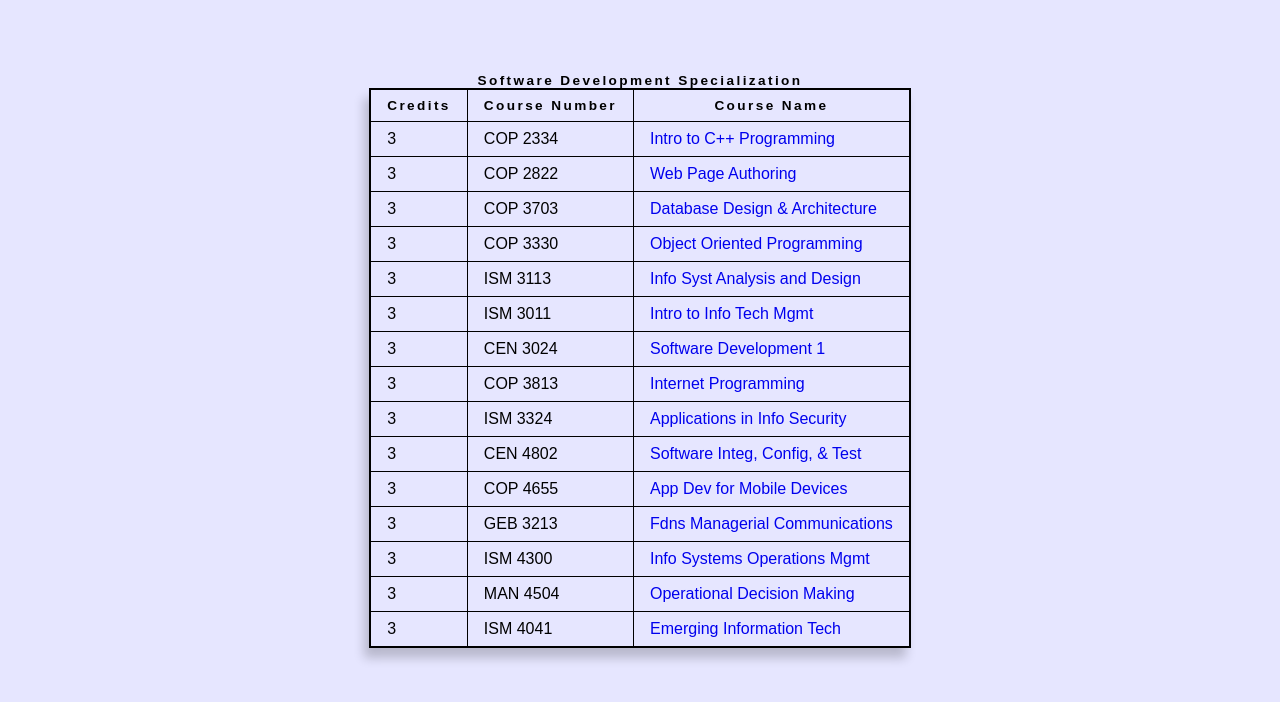
Repository: mlmEFSC21/P3-DegreeSpecializationTable
Page: index.html
These files come from the project's save history. The page is drawn as it stood at one moment and after the next save; the edit follows.
The browser window is 1280 px wide. The pictures show the whole page.
Some web fonts or font styles are not loaded; a fallback is used.

Above is the page before, as saved 2022-02-01 21:23:26.

After the next save:
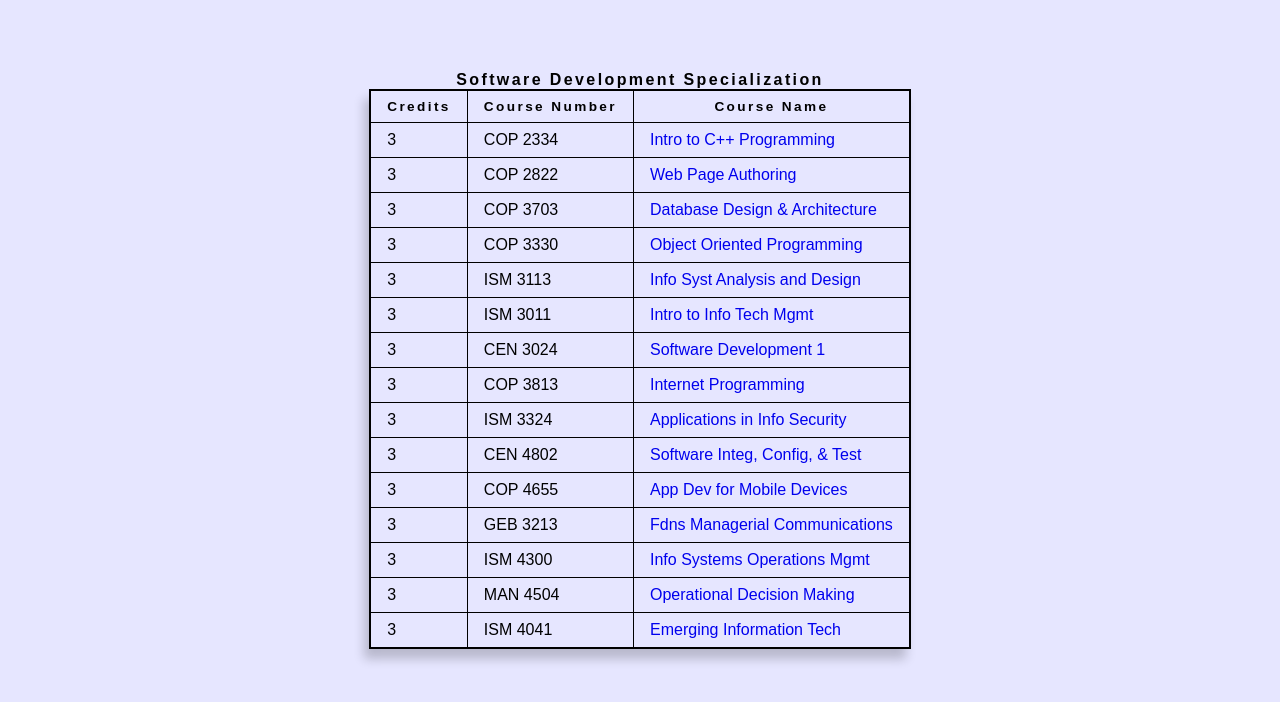
Saved 48 s later.
--- a/tableStyles.css
+++ b/tableStyles.css
@@ -23,14 +23,17 @@ body {
     justify-content: center;
     background-color: var(--clr-background);
 }
+caption {
+    letter-spacing: 0.15rem;
+    font-weight: 900;
+}
 table {
     border-collapse: collapse;
     box-shadow: -5px 10px 10px rgba(0, 0, 0, 0.2);
     border: 2px solid black;
     padding: 0.25rem;
 }
-thead,
-caption {
+thead {
     letter-spacing: 0.15rem;
     font-size: 0.85rem;
     font-weight: 900;
